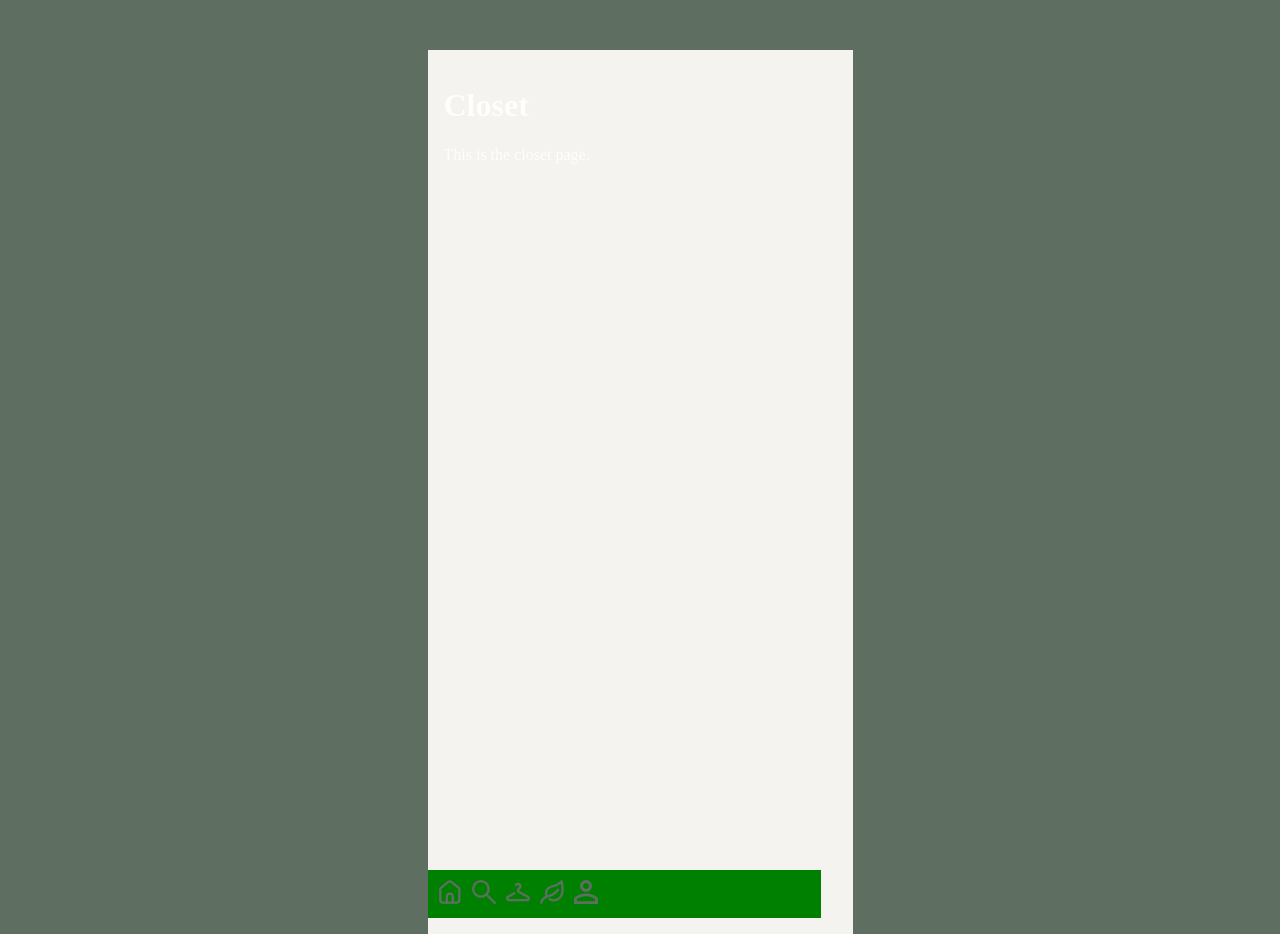
Repository: Strawb3rryjam/app-slotion
Page: /Closet
These files come from the project's save history. The page is drawn as it stood at one moment and after the next save; the edit follows.
The browser window is 1280 px wide. The pictures show the whole page.
The project was rebuilt for these pictures with package versions that can differ from the ones it lists, and the page was loaded fresh each time. Also part of the build but not shown: vite.config.js, src/App.css. Imported but missing from the stored project, and not drawn on this page: src/pages/Home.

Above is the page before, as saved 2025-05-05 09:28:43.

After the next save:
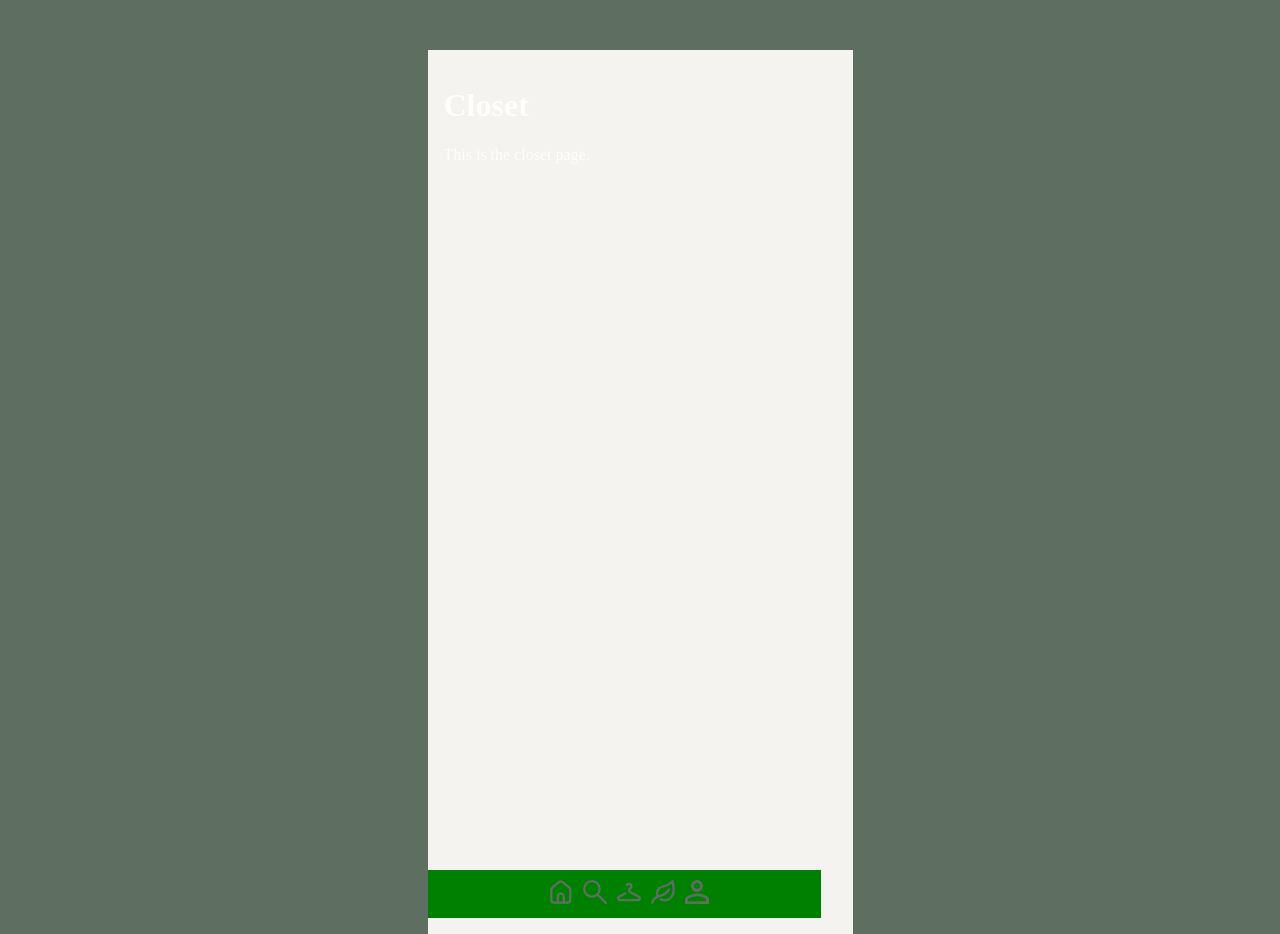
Saved 39 s later.
--- a/src/css/NavBar.module.css
+++ b/src/css/NavBar.module.css
@@ -6,8 +6,8 @@
     bottom: 16px;
     left: 0;
     display: flex;
-    justify-content: flex-start;
-  }
+    justify-content: center;  /* Align the navbar content centrally */
+}
 
   .navbar-links {
     display: flex;
